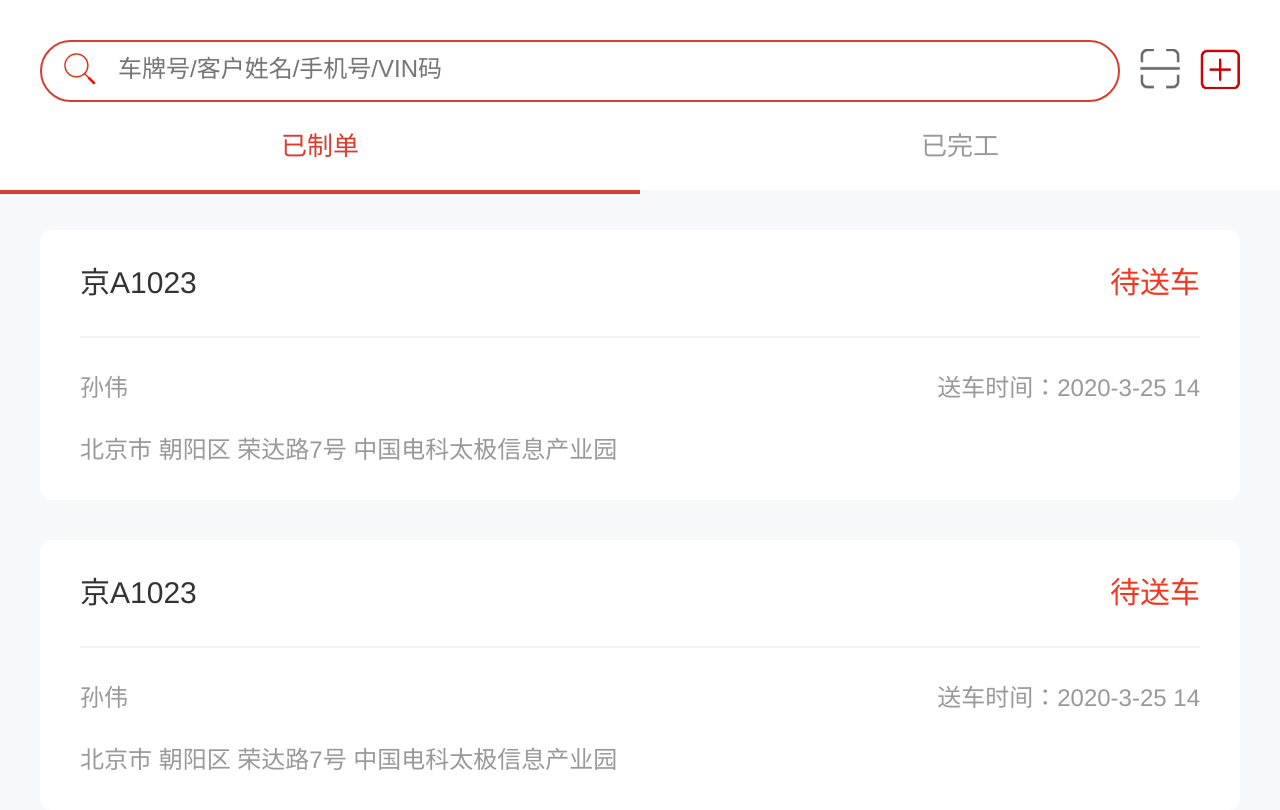
Repository: family-car/car
Page: checkCarList.html
The author's editor kept a copy of each file at every save. The page is drawn from the files as they stood at one save, then again after the next save.
The browser window is 1280 px wide. The pictures show the whole page.

Above is the page before, as saved 2020-05-12 18:28:46.

After the next save:
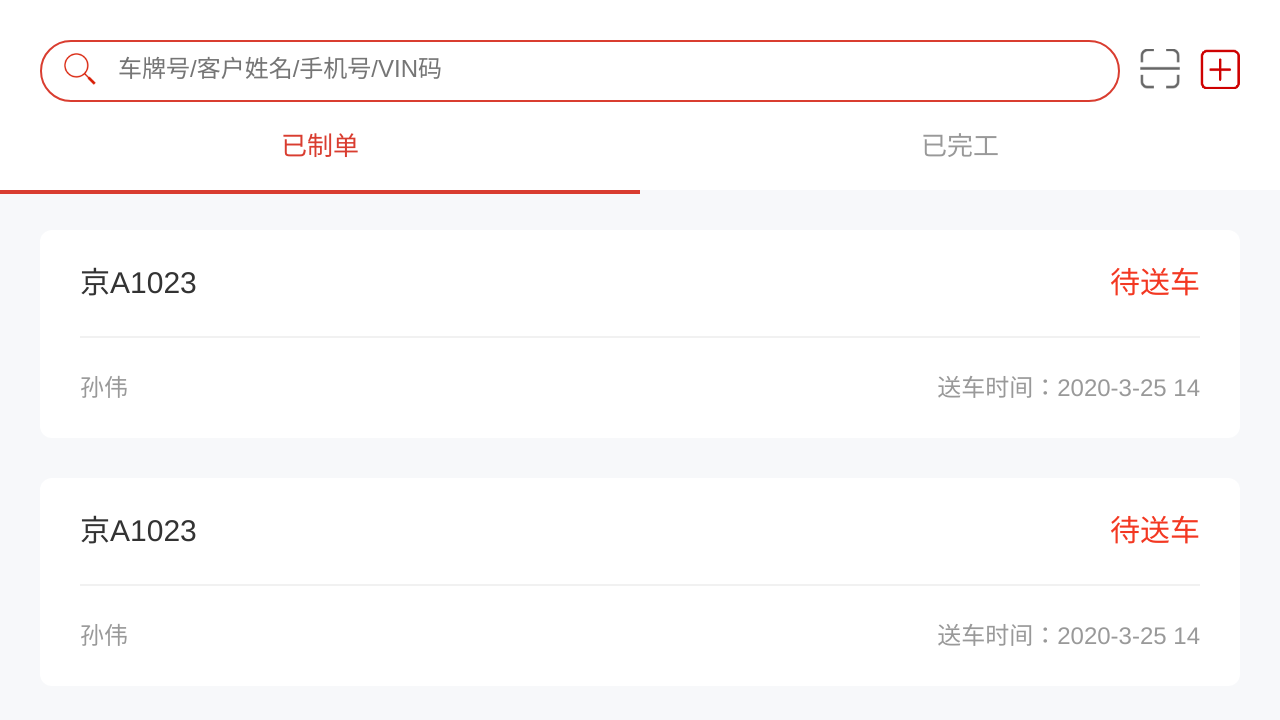
Saved 25 s later.
--- a/checkCarList.html
+++ b/checkCarList.html
@@ -45,7 +45,6 @@
                 <span class="fl">孙伟</span>
                 <span class="fr">送车时间：2020-3-25 14</span>
             </p>
-            <p class="address">北京市 朝阳区 荣达路7号 中国电科太极信息产业园</p>
         </div>
         <div class="taskItem">
             <h2 class="cf">
@@ -56,7 +55,6 @@
                 <span class="fl">孙伟</span>
                 <span class="fr">送车时间：2020-3-25 14</span>
             </p>
-            <p class="address">北京市 朝阳区 荣达路7号 中国电科太极信息产业园</p>
         </div>
     </div>
 </div>
